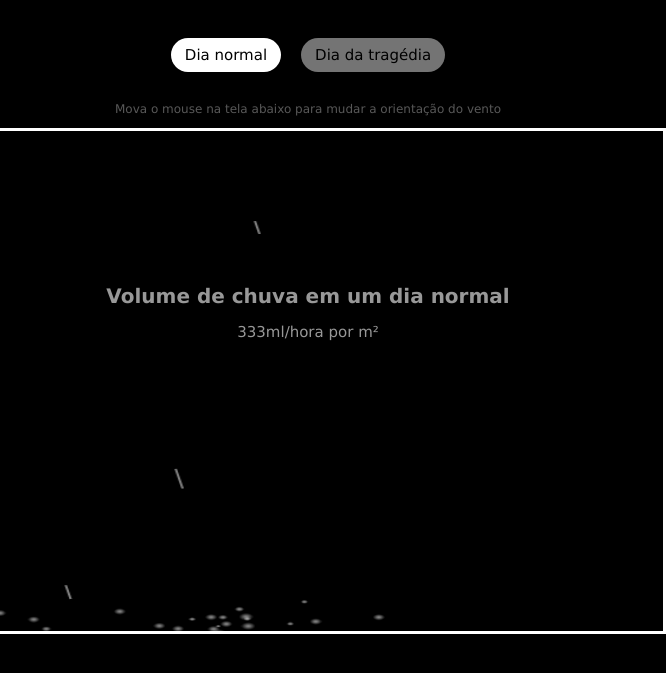
Repository: lucasthaynan/chuvas-estadao
Page: index.html
These files come from the project's save history. The page is drawn as it stood at one moment and after the next save; the edit follows.
The browser window is 600 px wide. The page is 666 px wide, then 663 px, so the pictures cover 666 px, including what lies to the right of the window. The pictures show the whole page.

Above is the page before, as saved 2023-02-24 14:30:31.
Console error: ReferenceError: dat is not defined

After the next save:
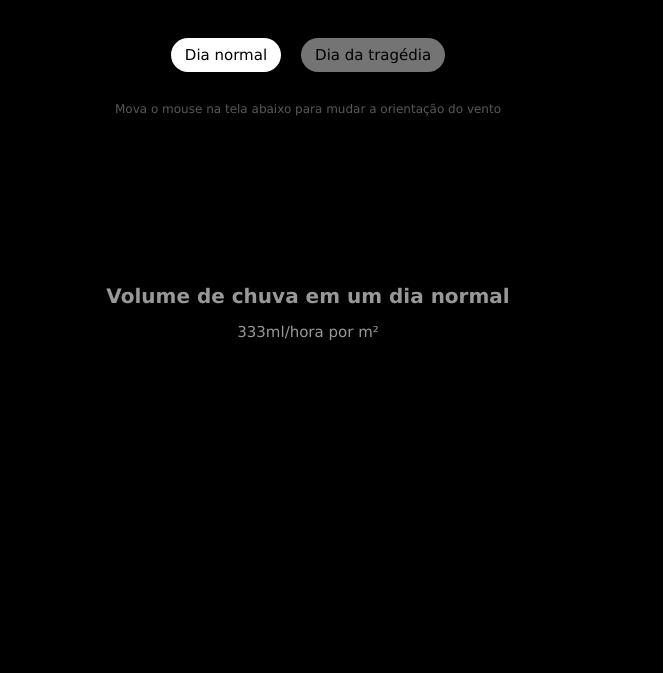
Saved 62 s later.
--- a/style.css
+++ b/style.css
@@ -34,6 +34,11 @@ canvas {
 
     /* background-color: rgb(63, 147, 147); */
     border: 3px solid #ffffff;
+
+    @media (max-width: 720px) {
+		display: none;
+	}
+
 
 }
 
